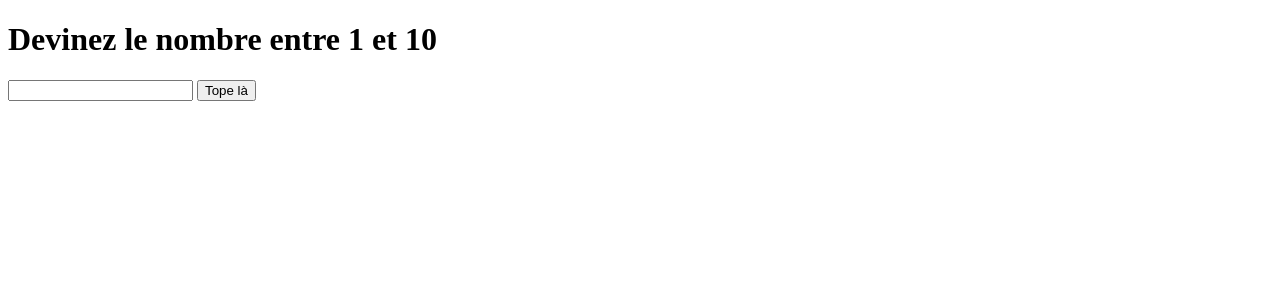
Repository: TheD3us/javaavance
Page: CrazyNumber/WebContent/HTML/Formulaire.html
An editor plug-in stored every save of this project. The page is shown before and after the next save, followed by the edit.
The browser window is 1280 px wide. The pictures show the whole page.

Above is the page before, as saved 2022-05-02 18:02:15.

### CrazyNumber/WebContent/HTML/Formulaire.html
<!DOCTYPE html>
<html>
<head>
<meta charset="ISO-8859-1">
<title>Insert title here</title>
</head>
<body>
	<form method="GET" action="/CrazyNumber/Formulaire">
	<h1>Devinez le nombre entre 1 et 10</h1>
	<input name="num" type="number" >
	<input type="submit" value="Tope là">
	</form>
	<form action="POST" action="/CrazyNumber/Formulaire">

	</form>
</body>
</html>

After the next save:
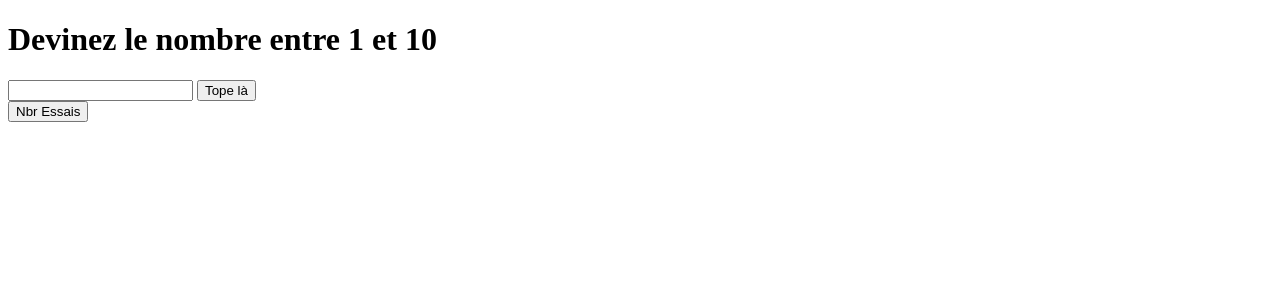
Saved 3 min 5 s later.
--- a/CrazyNumber/WebContent/HTML/Formulaire.html
+++ b/CrazyNumber/WebContent/HTML/Formulaire.html
@@ -11,7 +11,7 @@
 	<input type="submit" value="Tope là">
 	</form>
 	<form action="POST" action="/CrazyNumber/Formulaire">
-
+	<input type="submit" value="Nbr Essais">
 	</form>
 </body>
 </html>
